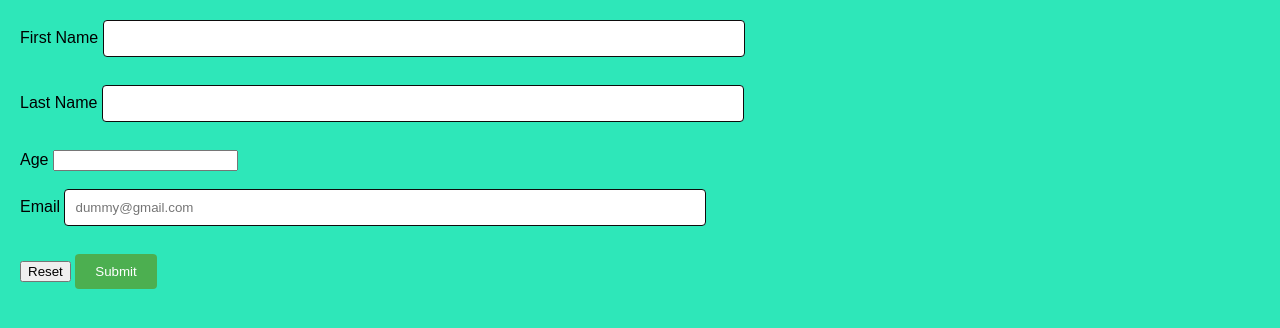
Repository: Haakim19/web-dev
Page: form.html
These files come from the project's save history. The page is drawn as it stood at one moment and after the next save; the edit follows.
The browser window is 1280 px wide. The pictures show the whole page.

Above is the page before, as saved 2024-06-02 16:11:11.

### form.html
<!DOCTYPE html>
<html lang="en">
<head>
    <meta charset="UTF-8">
    <meta name="viewport" content="width=device-width, initial-scale=1.0">
    <link rel="stylesheet" type = "text/css" href = "form.css">
    <title>Form</title>
</head>
<body>
    <form action="form.php" method = "POST">
       <div>
            <label for="fname">First Name</label>
            <input type="text" name = "fname" id = "fname" required>
       </div>

       <br>

        <div>
            <label for="lname">Last Name</label>
            <input type="text" name = "lname" id = "lname" required>

        </div>

        <br>

        <div>
            <label for="age">Age</label>
            <input type="number" name = "age" id = "age" min="0">

        </div>

        <br>

        <div>
            <label for="email">Email</label>
            <input type="email" name = "email" id = "email" required placeholder="dummy@gmail.com">

        </div>


        <br>

        <input type="reset" value = "Reset">
        <input type="submit" value = "Submit">

    </form>
</body>
</html>

### form.css
body {
    font-family: Arial, Helvetica, sans-serif, sans-serif;
    background-color: #2ee7b9;
    margin: 10px;
    padding: 10px;
}
/* Reset default form styles */
form {
    margin: 0;
    padding: 0;

}

/* Style form elements */
input[type="text"],
input[type="email"],
input[type="password"],
textarea {
    width: 50%;
    padding: 10px;
    margin-bottom: 10px;
    border: 1px solid #0d0c0c;
    border-radius: 4px;
}

input[type="submit"] {
    background-color: #4CAF50;
    color: white;
    padding: 10px 20px;
    border: none;
    border-radius: 4px;
    cursor: pointer;
}

input[type="submit"]:hover {
    background-color: #c71a1a;
}

After the next save:
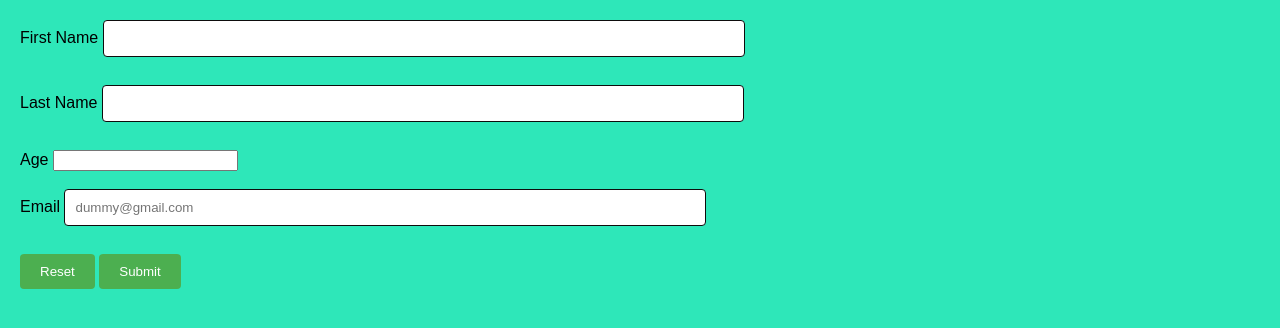
Saved 102 s later.
--- a/form.css
+++ b/form.css
@@ -33,5 +33,17 @@ input[type="submit"] {
 }
 
 input[type="submit"]:hover {
-    background-color: #c71a1a;
+    background-color: #f7f7f7;
 }
+input[type = "reset"] {
+    background-color: #4CAF50;
+    color: white;
+    padding: 10px 20px;
+    border: none;
+    border-radius: 4px;
+    cursor: pointer;
+}
+
+input [type = "reset"]:hover {
+    background-color: #f9f9f9;
+}
